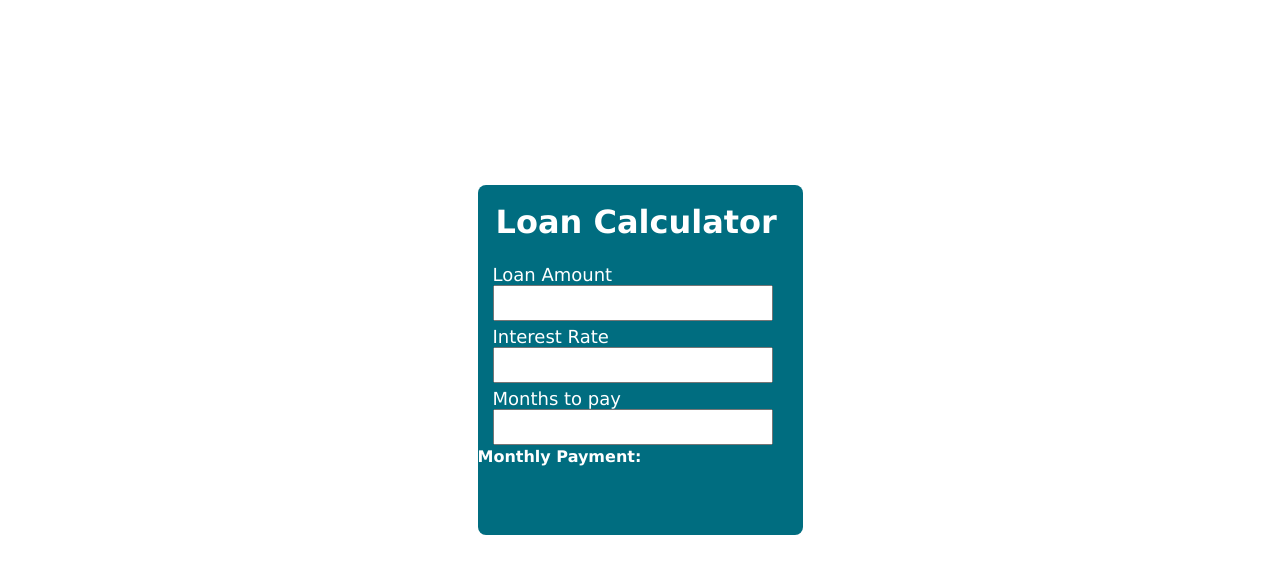
Repository: Ankitkr2021/Loan-Calculator
Page: index.html
These files come from the project's save history. The page is drawn as it stood at one moment and after the next save; the edit follows.
The browser window is 1280 px wide. The pictures show the whole page.

Above is the page before, as saved 2025-10-28 08:55:23.

### index.html
<!DOCTYPE html>
<html lang="en">
<head>
    <meta charset="UTF-8">
    <meta name="viewport" content="width=device-width, initial-scale=1.0">
    <title>Loan Calculator</title>
    <link rel="stylesheet" href="./style.css">
</head>
<body>
    <div class="box">
        <h1>Loan Calculator</h1>
        <span>Loan Amount</span>
        <input type="number">
        <span>Interest Rate</span>
        <input type="number">
        <span>Months to pay</span>
        <input type="number">
        <h4>Monthly Payment:<span></span></h4>
    </div>
</body>
</html>

### style.css
*{
    margin: 0;
    padding: 0;
    box-sizing: border-box;
    font-family:'Lucida Sans', 'Lucida Sans Regular', 'Lucida Grande', 'Lucida Sans Unicode', Geneva, Verdana, sans-serif;
}

body{
    display: flex;
    align-items: center;
    justify-content: center;
    height: 100vh;
    width: 100%;
}

.box{
    display: flex;
    flex-direction: column;
    background: rgb(0, 109, 128);
    color: #fff;
    height: 350px;
    width: 325px;
    border-radius: 8px;
}

h1{
    padding: 18px;
}

span {
   font-size: 18px;
   margin-left: 15px;
    margin-top: 5px;
}

input{
    width: 280px;
    height: 25px;
    margin-left: 15px;
    padding: 16px;
}

After the next save:
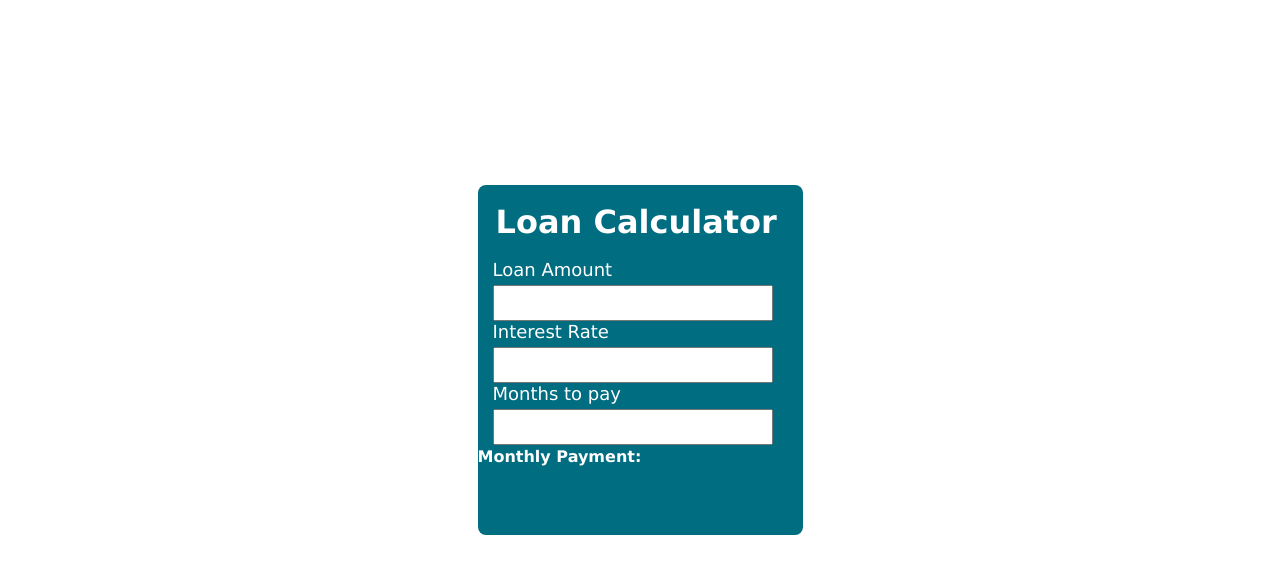
Saved 6 s later.
--- a/style.css
+++ b/style.css
@@ -30,7 +30,7 @@ h1{
 span {
    font-size: 18px;
    margin-left: 15px;
-    margin-top: 5px;
+    margin-bottom: 5px;
 }
 
 input{
